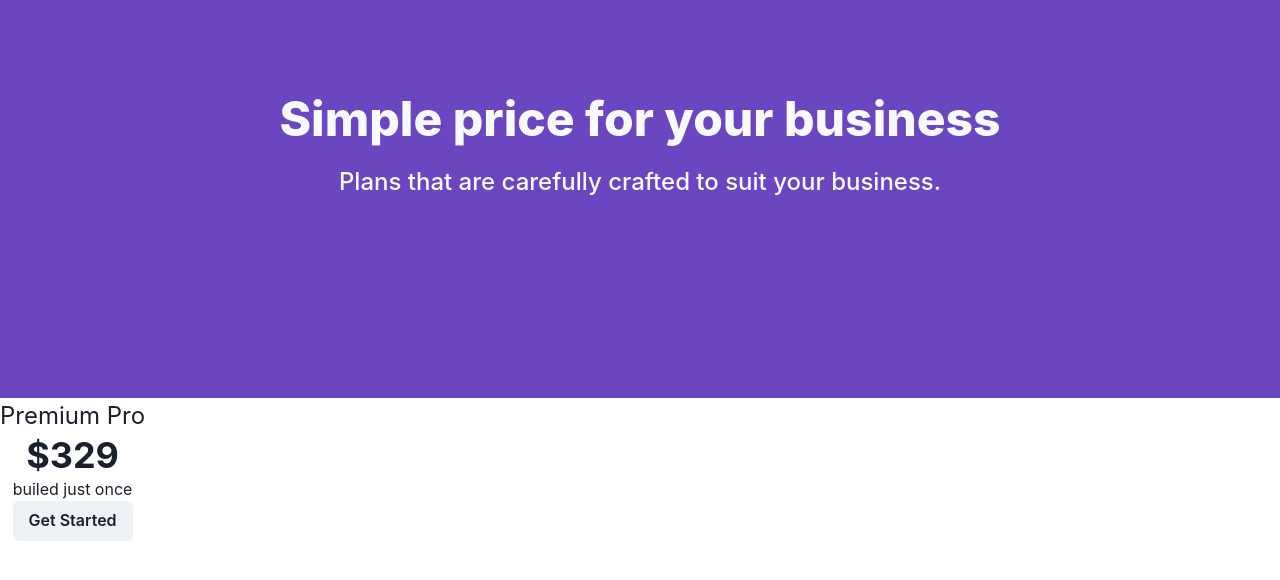
Repository: noutijo/learn-in-depth-chakra-ui
Page: /
An editor plug-in stored every save of this project. The page is shown before and after the next save, followed by the edit.
The browser window is 1280 px wide. The pictures show the whole page.
The project was rebuilt for these pictures with package versions that can differ from the ones it lists, and the page was loaded fresh each time. Also part of the build but not shown: vite.config.ts.

Above is the page before, as saved 2023-01-30 15:35:28.

After the next save:
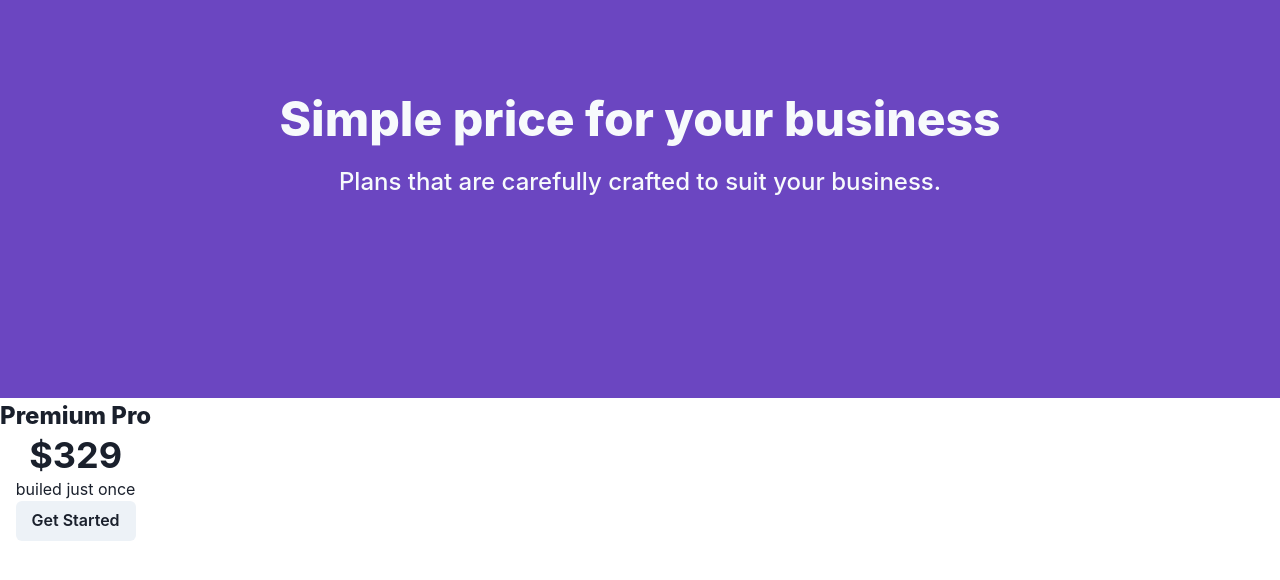
Saved 6 s later.
--- a/src/components/Pricing.tsx
+++ b/src/components/Pricing.tsx
@@ -6,7 +6,7 @@ export function Pricing() {
     <Box>
       <Flex>
         <Box>
-            <Text fontSize={"24px"} fontWeight="">Premium Pro</Text>
+            <Text fontSize={"24px"} fontWeight="800">Premium Pro</Text>
             <Heading>$329</Heading>
             <Text>builed just once</Text>
             <Button>Get Started</Button>
